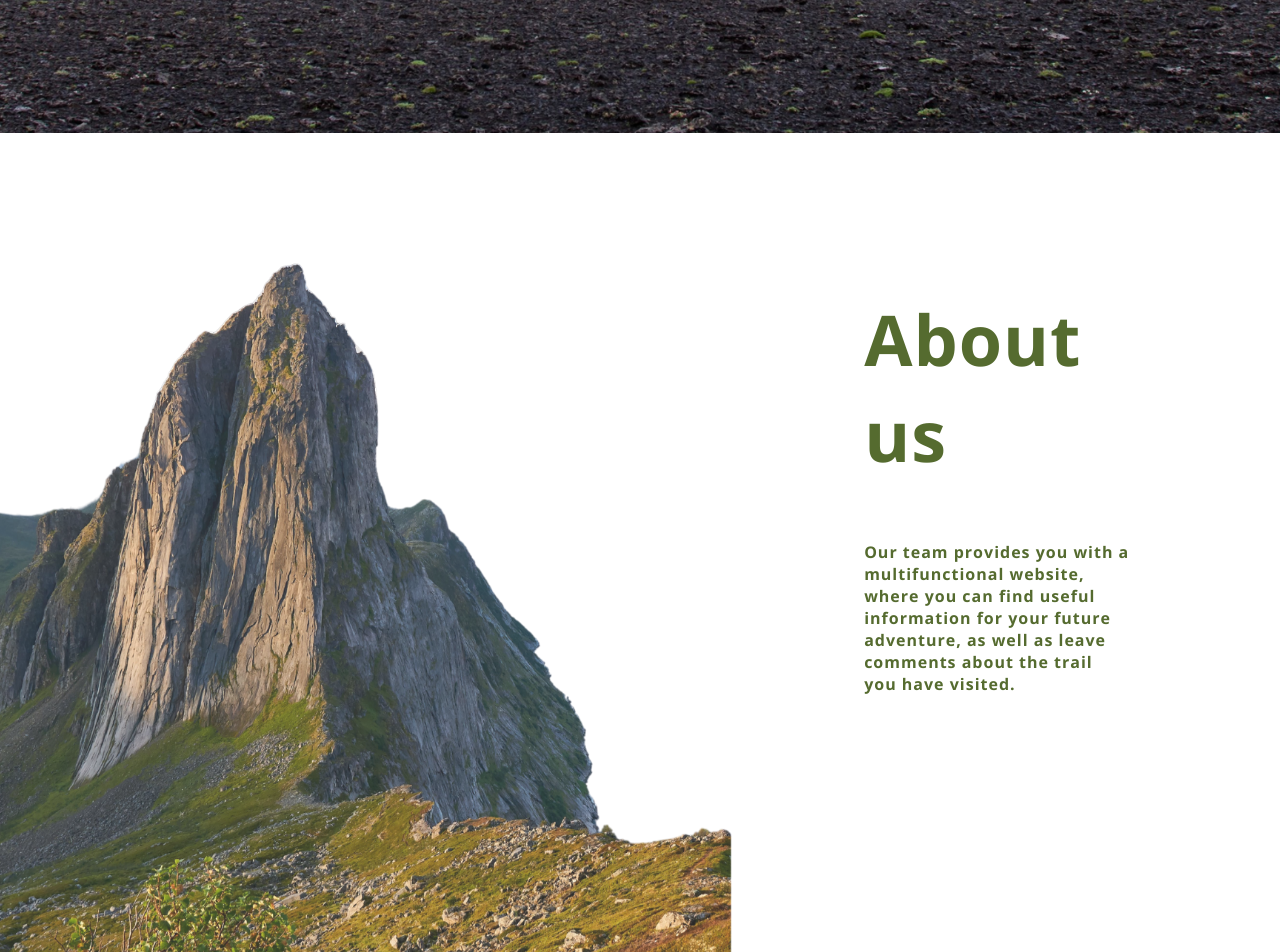
Repository: artembundin/travelrus.github.io
Page: index.html
These files come from the project's save history. The page is drawn as it stood at one moment and after the next save; the edit follows.
The browser window is 1280 px wide. The pictures show the part of the page from y = 2667 to 3619 px (the page is 5258 px tall).
A picture or video elsewhere on the page could not be fetched, so the positions and the page height are approximate. Backgrounds fixed to the window are drawn as part of the page. Some web fonts or font styles are not loaded; a fallback is used.

Above is the page before, as saved 2025-05-07 23:02:29.
Console error: TypeError: Cannot read properties of null (reading 'offsetTop')

After the next save:
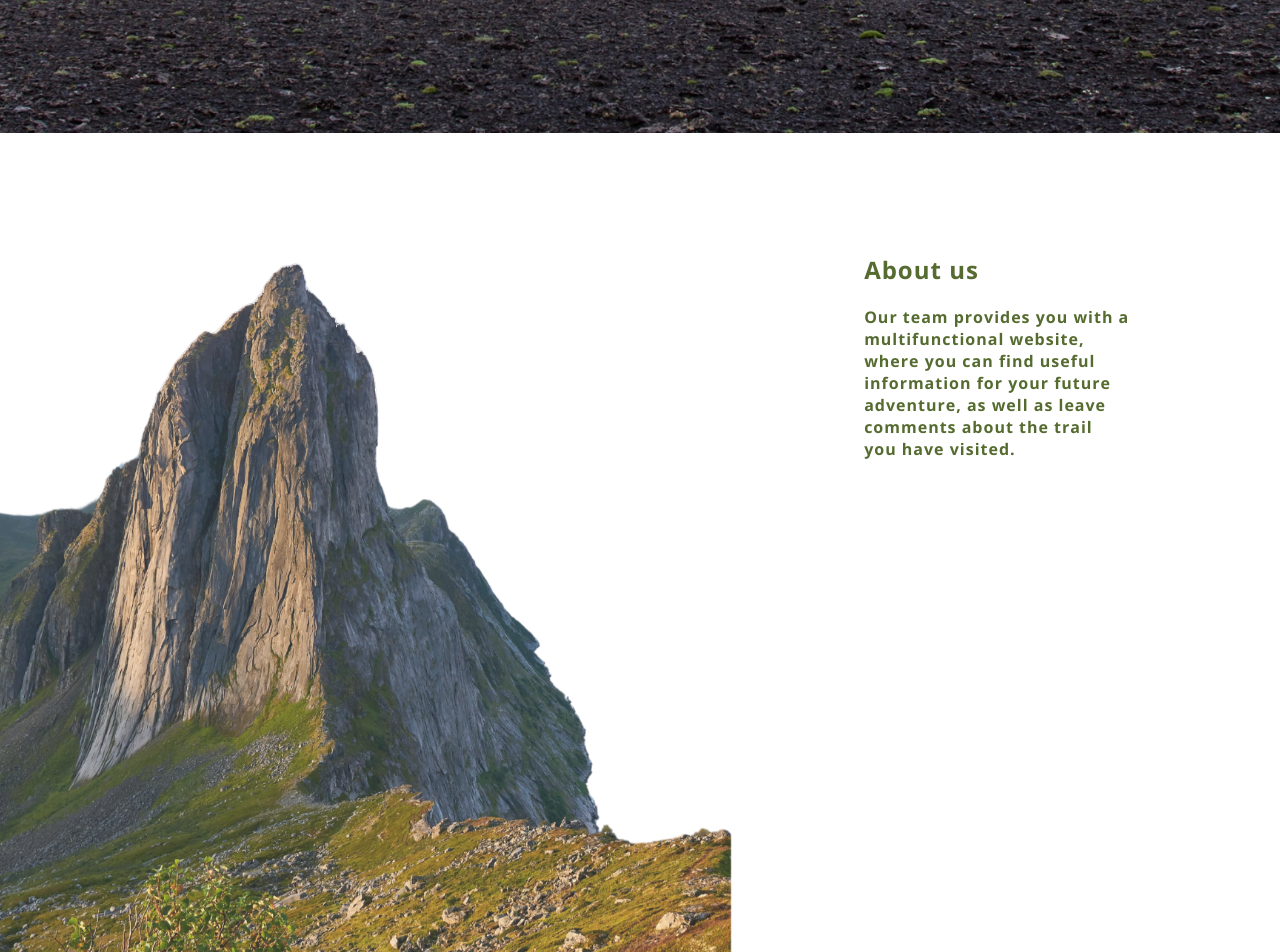
Saved 4 s later.
--- a/style.css
+++ b/style.css
@@ -429,7 +429,7 @@ a {
   margin-right: 150px;
 }
 
-/.aboutus-text.animate-slideright {
+/*.aboutus-text.animate-slideright {
   animation: none;
   animation: slideright;
   animation-duration: 4s;

After the 3 saves that followed:
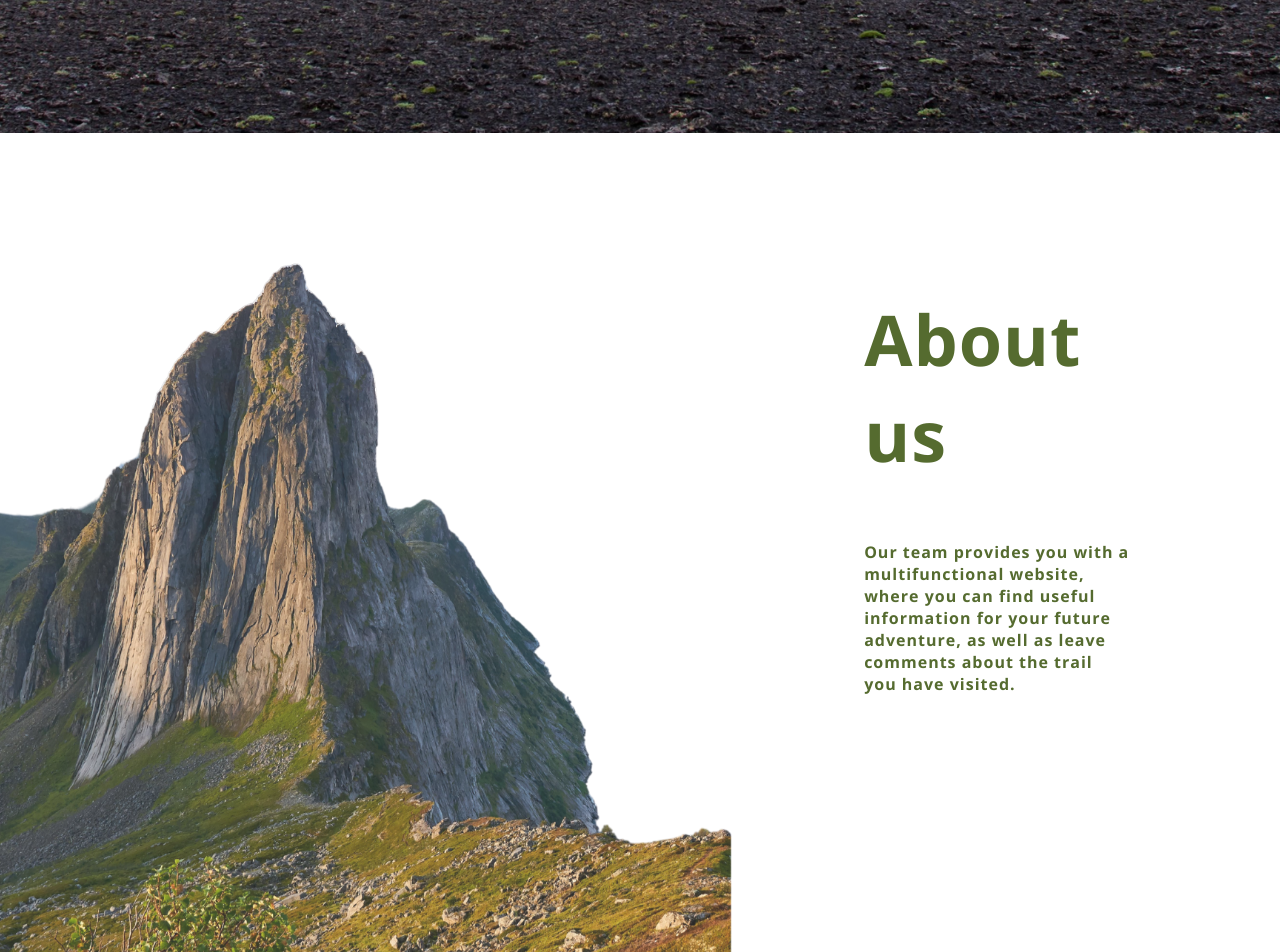
The 3 saves are shown as one change because they came seconds apart.
The last was saved 6 s later.
--- a/style.css
+++ b/style.css
@@ -444,7 +444,7 @@ a {
   to {
     transform: translateX(0);
   }
-}
+}*/
 
 .aboutus-title {
   font-size: 70px;
